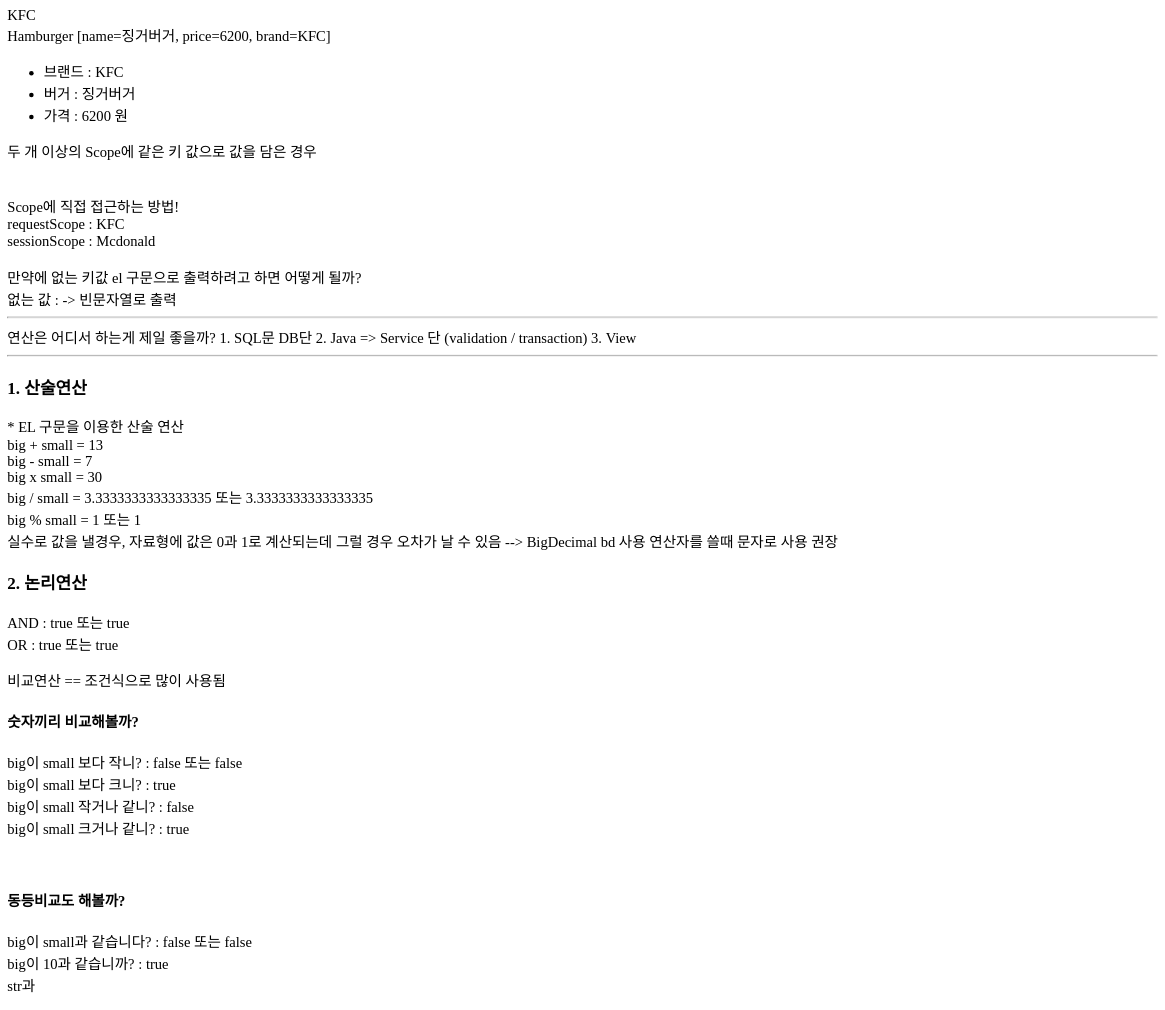
Repository: parkjin-sol/web-workplace
Page: http://localhost/McdonaldProject/sc
The author's editor kept a copy of each file at every save. The page is drawn from the files as they stood at one save, then again after the next save.
The browser window is 1280 px wide. The pictures show the whole page, at 91% of full size.
The page is served by Tomcat 9. Other server files are loaded and not shown.

Above is the page before, as saved 2025-03-11 02:14:47.

### McdonaldProject/src/main/webapp/WEB-INF/views/print.jsp
<%@ page language="java" contentType="text/html; charset=UTF-8"
    pageEncoding="UTF-8"%>
<%
	// String brand = (String)request.getAttribute("brand");
%>
<!DOCTYPE html>
<html>
<head>
<meta charset="UTF-8">
<title>Insert title here</title>
</head>
<body>
	${ brand } <br>
	${ bestSeller }

	<ul>
		<li> 브랜드 : ${ bestSeller.brand }</li>
		<li> 버거 : ${ bestSeller.name }</li>
		<li> 가격 : ${ bestSeller.price } 원</li>
	</ul>

	두 개 이상의 Scope에 같은 키 값으로 값을 담은 경우 <br>

	<!--
		page => request => session => application 순으로 키값을 겁색
	 -->
	 <br><br>
	 Scope에 직접 접근하는 방법! <br>
	 requestScope : ${ requestScope.brand } <br>
	 sessionScope : ${ sessionScope.brand } <br>
	 <br>
	 만약에 없는 키값 el 구문으로 출력하려고 하면 어떻게 될까? <br>

	 없는 값 : ${ sessionScope.abc }
	 -> 빈문자열로 출력


	 <hr>

	 연산은 어디서 하는게 제일 좋을까?
	 1. SQL문 DB단
	 2. Java => Service 단 (validation / transaction)
	 3. View

	 <hr>

	 <h3>1. 산술연산</h3>
	 <p>
	 	* EL 구문을 이용한 산술 연산
	 	<br>
	 	big + small = ${ big + small } <br>
	 	big - small = ${ big - small } <br>
	 	big x small = ${ big * small }  <br>
	 	big / small = ${ big / small } 또는 ${ big div small } <br>
	 	big % small = ${ big % small } 또는 ${ big mod small } <br>

	 	실수로 값을 낼경우, 자료형에 값은 0과 1로 계산되는데
	 	그럴 경우 오차가 날 수 있음
	 	--> BigDecimal bd 사용

	 	연산자를 쓸때 문자로 사용 권장
	 </p>

	 <h3>2. 논리연산</h3>
	 <p>
	 	AND : ${ true && true } 또는 ${ true and true } <br>
	 	OR  : ${ true || true } 또는 ${ true or true }
	 </p>

	 비교연산 == 조건식으로 많이 사용됨

	 <h4>숫자끼리 비교해볼까?</h4>

	 <p>
	 	big이 small 보다 작니? : ${ big < small } 또는 ${ big lt small } <br>
	 	big이 small 보다 크니? : ${ big gt small } <br>
	 	big이 small 작거나 같니? : ${ big le small } <br>
	 	big이 small 크거나 같니? : ${ big ge small } <br>

	 </p>

	 <br>

	 <h4>동등비교도 해볼까?</h4>

	 <p>
	 	 big이 small과 같습니다? : ${ big == small } 또는 ${ big eq small } <br>
	 	 big이 10과 같습니까? : ${ big eq 10 } <br>
	 	 str과
	 </p>




















</body>
</html>

### McdonaldProject/src/main/java/com/kh/mcdonald/controller/SettingController.java
package com.kh.mcdonald.controller;

import java.io.IOException;
import java.util.ArrayList;

import javax.servlet.ServletException;
import javax.servlet.annotation.WebServlet;
import javax.servlet.http.HttpServlet;
import javax.servlet.http.HttpServletRequest;
import javax.servlet.http.HttpServletResponse;
import javax.servlet.http.HttpSession;

import com.kh.mcdonald.model.dto.Hamburger;


@WebServlet("/sc")
public class SettingController extends HttpServlet {
	private static final long serialVersionUID = 1L;


    public SettingController() {
    	super();
    }


	protected void doGet(HttpServletRequest request, HttpServletResponse response) throws ServletException, IOException {
		// System.out.println("뚜겟");

		// Servlet에서 응답 데이터가 있는데 ?
		// JSP에게 보내줘야함! --> request에 담아서
		 							// Servlet 내장 객체 / Scope 객체

		// Application / Session / Request              / Page
		/*
		 * 1. Servlet Context(Application Scope)
		 * 하나의 애플리케이션 당, 딱 한 개 존재하는 객체
		 * 이 영역에 데이터를 담으면 전역에서 사용가능
		 *
		 * 2. HttpSession (Session Scope)
		 * 하나의 브라우저 당, 한 개 존재하는 객체
		 * 이 영역에 데이터를 담으면 JSP / Servlet 단에서 사용 가능
		 * 값이 한번 담기면, 브라우저가 닫히거나, 세션을 비우거나(로그아웃),
		 * 서버를 중지하기 전까지는 계속해서 사용 가능
		 *
		 * 3. HttpServletRequest (Request Scope)
		 * 요청 시 매 번 생성되는 객체
		 * 이 영역에 데이터를 담으면 해당 request 객체를 포워딩 받는
		 * 응답 JSP에서만 사용가능(1회용)
		 *
		 * 4. PageContext(Page Scope)
		 * JSP페이지 내에서만 사용가능
		 *
		 * => 위 객체들에 값을 담을떄는 .setAttribute("키", "value")
		 * 							    .getAttributr("키")
		 *                              .removeAttribute("키")
		 *
		 *
		 *
		 */

		// requestScope
		// 객체 지향 개념에서 제일 중요한건 주체!

		request.setAttribute("brand","KFC");
		request.setAttribute("bestSeller", new Hamburger("징거버거", 6200, "KFC"));


		// sessionScope
		HttpSession session = request.getSession();
		session.setAttribute("brand", "Mcdonald");
		session.setAttribute("bestSeller", new Hamburger("빅맥", 6500,"Mcdonald"));


		// 숫자
		request.setAttribute("big", 10);
		request.setAttribute("small", 3);

		// 문자
		request.setAttribute("str", "좋아하는 문구");

		// 리스트
		request.setAttribute("list", new ArrayList());


		// 응답 뷰 위임 -> 포워딩

		request.getRequestDispatcher("/WEB-INF/views/print.jsp").forward(request, response);

	}


	protected void doPost(HttpServletRequest request, HttpServletResponse response) throws ServletException, IOException {
		doGet(request, response);
	}

}

### McdonaldProject/src/main/java/com/kh/mcdonald/model/dto/Hamburger.java
package com.kh.mcdonald.model.dto;

public class Hamburger {
	private String name;
	private int price;
	private String brand;

	public Hamburger() {
		super();
	}
	public Hamburger(String name, int price, String brand) {
		super();
		this.name = name;
		this.price = price;
		this.brand = brand;
	}
	@Override
	public String toString() {
		return "Hamburger [name=" + name + ", price=" + price + ", brand=" + brand + "]";
	}

	public String getName() {
		return name;
	}
	public void setName(String name) {
		this.name = name;
	}
	public int getPrice() {
		return price;
	}
	public void setPrice(int price) {
		this.price = price;
	}
	public String getBrand() {
		return brand;
	}
	public void setBrand(String brand) {
		this.brand = brand;
	}


}

After the next save:
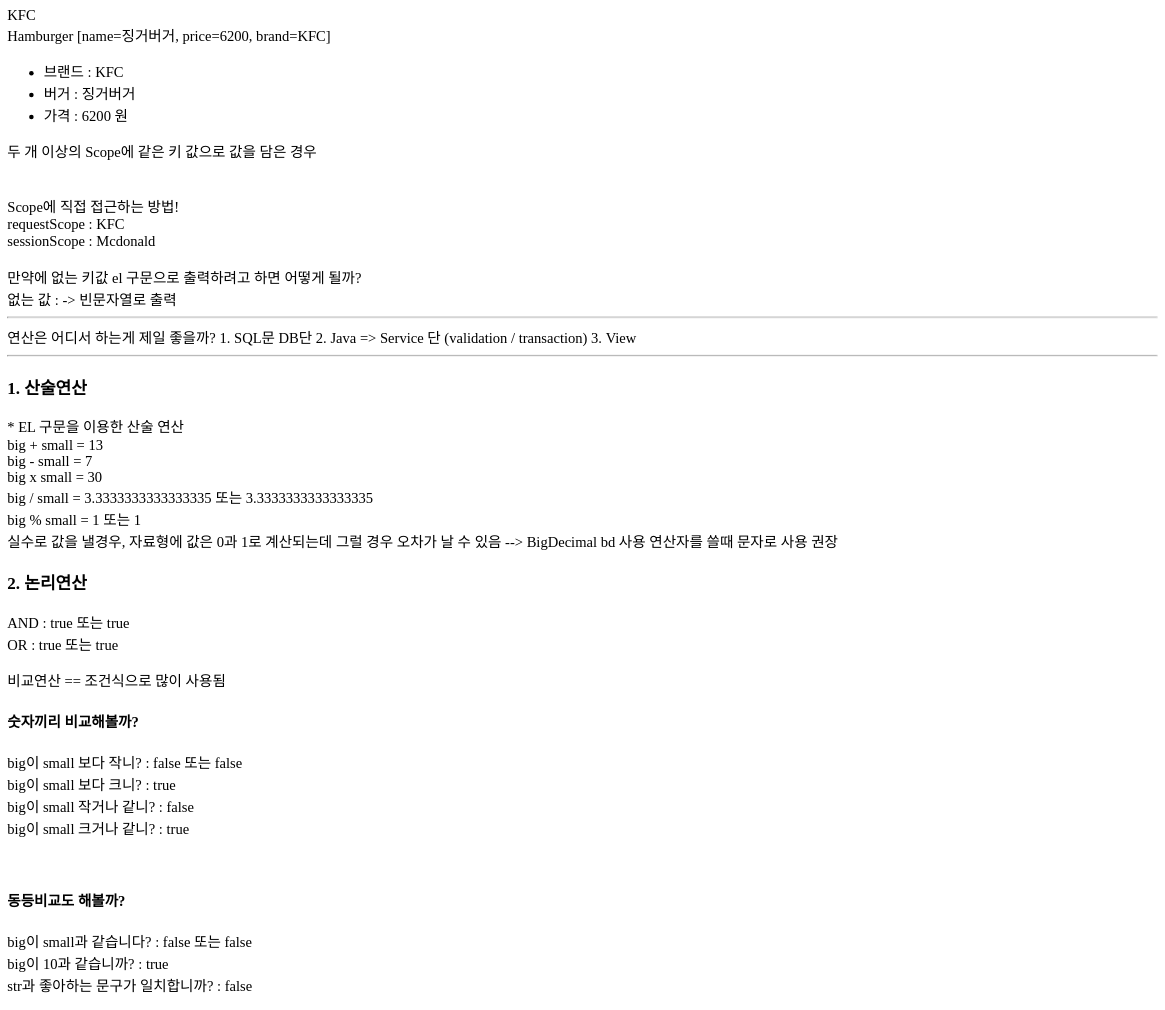
Saved 30 s later.
--- a/McdonaldProject/src/main/webapp/WEB-INF/views/print.jsp
+++ b/McdonaldProject/src/main/webapp/WEB-INF/views/print.jsp
@@ -86,7 +86,7 @@
 	 <p>
 	 	 big이 small과 같습니다? : ${ big == small } 또는 ${ big eq small } <br>
 	 	 big이 10과 같습니까? : ${ big eq 10 } <br>
-	 	 str과
+	 	 str과 좋아하는 문구가 일치합니까? : ${ str == "좋아하는문구" }
 	 </p>
 
 
